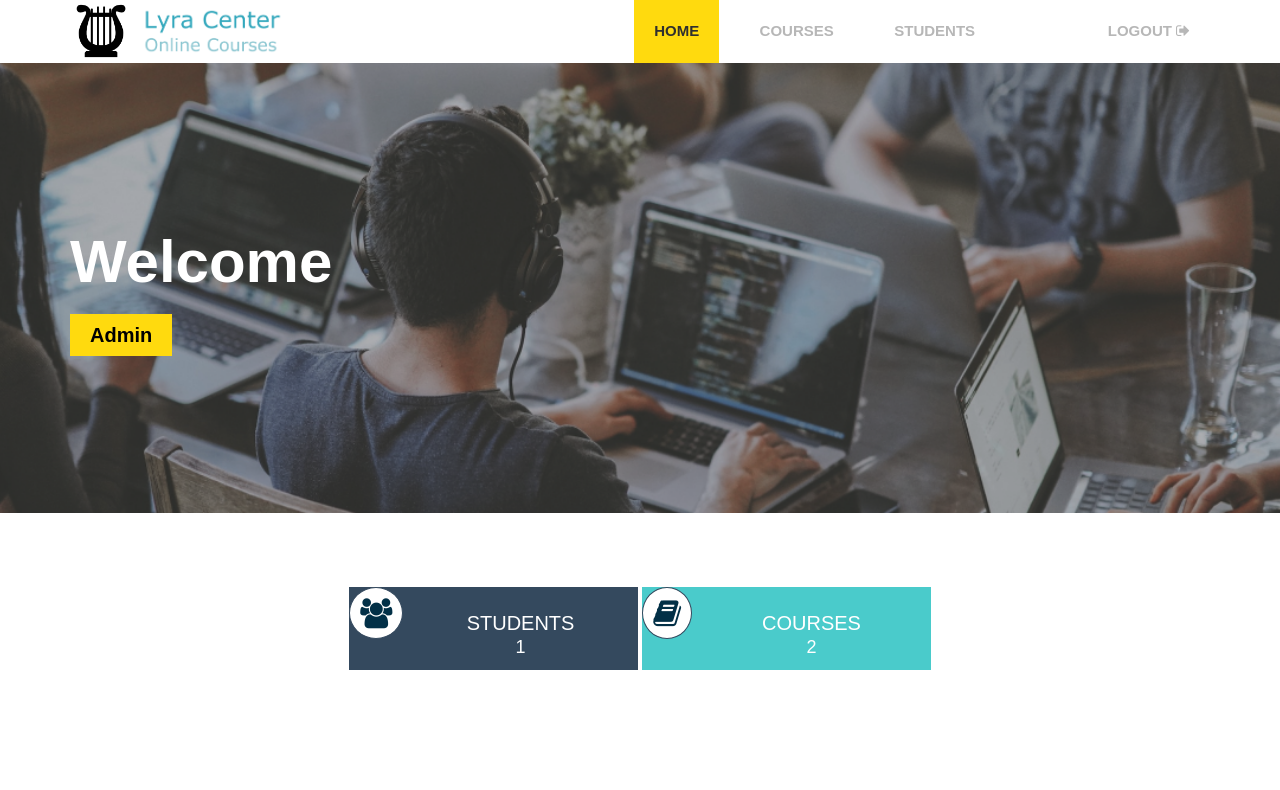
Repository: jersmaecrz/lyra-center
Page: http://localhost/aHome.php
The author's editor kept a copy of each file at every save. The page is drawn from the files as they stood at one save, then again after the next save.
The browser window is 1280 px wide. The pictures show the whole page.
Some web fonts or font styles are not loaded; a fallback is used. The page is run by PHP 8.4 with error messages shown; the project is at /var/www/html/.

Above is the page before, as saved 2022-12-03 21:59:37.

### aHome.php
<!DOCTYPE html>
<html lang="zxx">

<head>
    <link rel="icon" href="img/lyre.png">
    <meta charset="UTF-8">
    <meta name="description" content="Anime Template">
    <meta name="keywords" content="Anime, unica, creative, html">
    <meta name="viewport" content="width=device-width, initial-scale=1.0">
    <meta http-equiv="X-UA-Compatible" content="ie=edge">
    <title>Lyra | Home</title>
    <link rel="stylesheet" href="css/admin-home-style.css" type="text/css">

    <!-- Google Font -->
    <link href="https://fonts.googleapis.com/css2?family=Mulish:wght@300;400;500;600;700;800;900&display=swap"
    rel="stylesheet">

    <link rel="preconnect" href="https://fonts.googleapis.com">
    <link rel="preconnect" href="https://fonts.gstatic.com" crossorigin>
    <link href="https://fonts.googleapis.com/css2?family=Open+Sans:wght@700&display=swap" rel="stylesheet">

    <!-- Css Styles -->
    <link rel="stylesheet" href="css/bootstrap.min.css" type="text/css">
    <link rel="stylesheet" href="css/font-awesome.min.css" type="text/css">
    <link rel="stylesheet" href="css/elegant-icons.css" type="text/css">
    <link rel="stylesheet" href="css/plyr.css" type="text/css">
    <link rel="stylesheet" href="css/nice-select.css" type="text/css">
    <link rel="stylesheet" href="css/owl.carousel.min.css" type="text/css">
    <link rel="stylesheet" href="css/slicknav.min.css" type="text/css">
    <link rel="stylesheet" href="css/style.css" type="text/css">
</head>

<body>
    <!-- Page Preloder -->
    <div id="preloder">
        <div class="loader"></div>
    </div>

    <!-- Header Section Begin -->
    <header class="header">
        <div class="container">
            <div class="row">
                <div class="col-lg-5">
                    <div class="header__logo">
                        <a href="./index.html">
                            <img src="img/lyre.png" alt="" width=62px>
                            <img src="img/lyra.png" alt="" width=150px>
                        </a>
                    </div>
                </div>
                <div class="col-lg-7">
                    <div class="header__nav">
                        <nav class="header__menu mobile-menu">
                            <ul>
                                <li class="active"><a href="./index.html">HOME</a></li>
                                <li ><a href="./courses.html">COURSES</a></li>
                                <li ><a href="./signup.html">STUDENTS</a></li>
                                <li class="right"><a href="./signup.html">LOGOUT <i class="fa fa-sign-out" aria-hidden="true"></i></a></li>


                            </ul>
                        </nav>
                    </div>
                </div>

            </div>
            <div id="mobile-menu-wrap"></div>
        </div>
    </header>
    <!-- Header End -->


      <!-- Normal Breadcrumb Begin -->
    <section class="normal-breadcrumb set-bg" data-setbg="img/banner.png">
        <div class="container">
            <div class="row">
                <div class="col-lg-5">
                    <div class="normal__breadcrumb__text">
                        <h2>Welcome</h2>
                        <div class="lemony"><a><span><b>Admin</b></span</a></div>
                    </div>
                </div>
            </div>
        </div>

    </section>
    <!-- Normal Breadcrumb End -->
<br>

<!-- Dashboard -->
<div class="container">
    <div class="row">
            <div class="col-lg-12">
                <div class="main-section normal__breadcrumb__text">
                    <div class="dashboard blueDash">
                        <div class="icon-section">
                            <i class="icon fa fa-users" aria-hidden="true"></i><br>
                            <h3>STUDENTS</h3>
                            <p>1</p>
                        </div>
                    </div>
                    <div class="dashboard yellowDash">
                        <div class="icon-section">
                            <i class="icon fa fa-book" aria-hidden="true"></i><br>
                            <h3>COURSES</h3>
                            <p>2</p>
                        </div>

                    </div>
            </div>
    </div>
</div>
<br>
<br>
<br>
<br>
<br>

<!-- Footer Section Begin
<footer class="footer">
    <div class="page-up">
        <a href="#" class="scroll"><span class="arrow_carrot-up"></span></a>
    </div>
    <div class="container">
        <div class="row">
            <div class="col-lg-3">
                <div class="footer__logo">
                    <a href="./index.html">
                        <img src="img/mango manga.png" alt="" width=80px>
                        <img src="img/mm.png" alt="" width=110px>
                    </a>
                </div>
            </div>
            <div class="col-lg-6">
                <div class="footer__nav">
                    <ul>
                        <li class="active"><a href="./index.html">HOME</a></li>
                        <li ><a href="./courses.html">COURSES</a></li>
                        <li ><a href="./signup.html">STUDENTS</a></li>

                    </ul>
                </div>
            </div>

          </div>
      </div>
  </footer>
  <!-- Footer Section End -->


<!-- Js Plugins -->
<script src="js/jquery-3.3.1.min.js"></script>
<script src="js/bootstrap.min.js"></script>
<script src="js/player.js"></script>
<script src="js/jquery.nice-select.min.js"></script>
<script src="js/mixitup.min.js"></script>
<script src="js/jquery.slicknav.js"></script>
<script src="js/owl.carousel.min.js"></script>
<script src="js/main.js"></script>


</body>

</html>

### css/admin-home-style.css
.right {
    float: right;
}
.scroll {
    margin-left: -50px;
    margin-top: -50px;
}
.main-section{
	width:80%;
	margin:0 auto;
	text-align: center;
	padding: 0px 5px;
}
.dashboard{
	width:32%;
	display: inline-block;
	color:#fff;
	margin-top: 50px;
}
.icon-section i{
	font-size: 30px;
	padding:10px;
	border:1px solid #34495E;
	margin-bottom: 10px;
	background-color:#fff;
    border-radius: 50%;
    float: left;
}
.icon-section h3{
	font-size: 20px;
    color: #fff;
	font-family: "Mulish", sans-serif;

}
.icon-section p{
	margin:0px;
	font-size: 20px;
	padding-bottom: 10px;
}
.icon {
    color: #023047;
}
.blueDash {
    background-color:#34495E;

}
.yellowDash {
    background-color:#4ACBCB;

}

Loaded but not shown: css/bootstrap.min.css (library); css/font-awesome.min.css (library); css/plyr.css (library); css/nice-select.css (common file); css/owl.carousel.min.css (library); css/slicknav.min.css (common file); js/jquery-3.3.1.min.js (library); js/bootstrap.min.js (library); js/player.js (library); js/jquery.nice-select.min.js (common file); js/mixitup.min.js (library); js/jquery.slicknav.js (library); js/owl.carousel.min.js (library); js/main.js (101 lines, source omitted); css/elegant-icons.css (1157 lines, source omitted); css/style.css (1159 lines, source omitted)

After the next save:
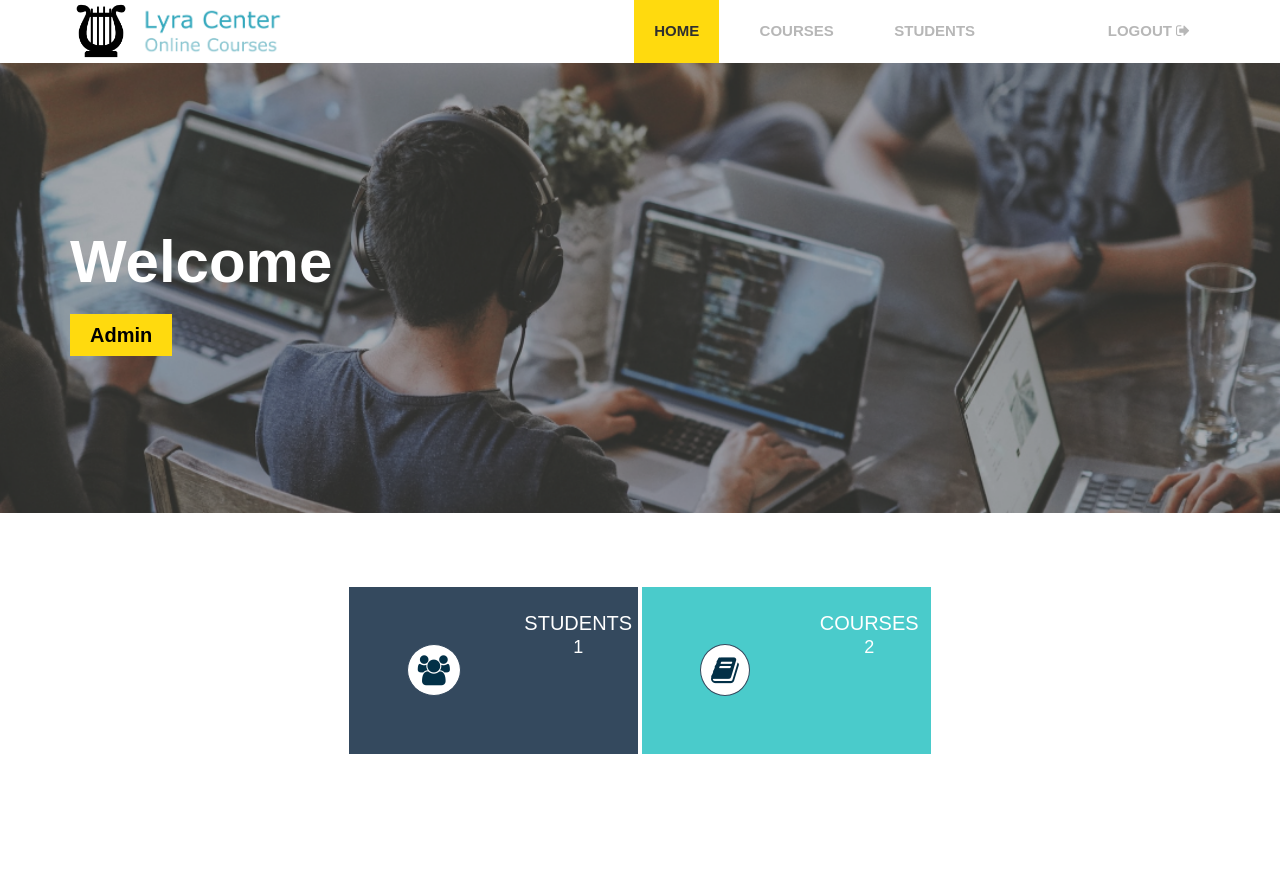
Saved 18 s later.
--- a/css/admin-home-style.css
+++ b/css/admin-home-style.css
@@ -22,6 +22,7 @@
 	padding:10px;
 	border:1px solid #34495E;
 	margin-bottom: 10px;
+    margin: 20%;
 	background-color:#fff;
     border-radius: 50%;
     float: left;
